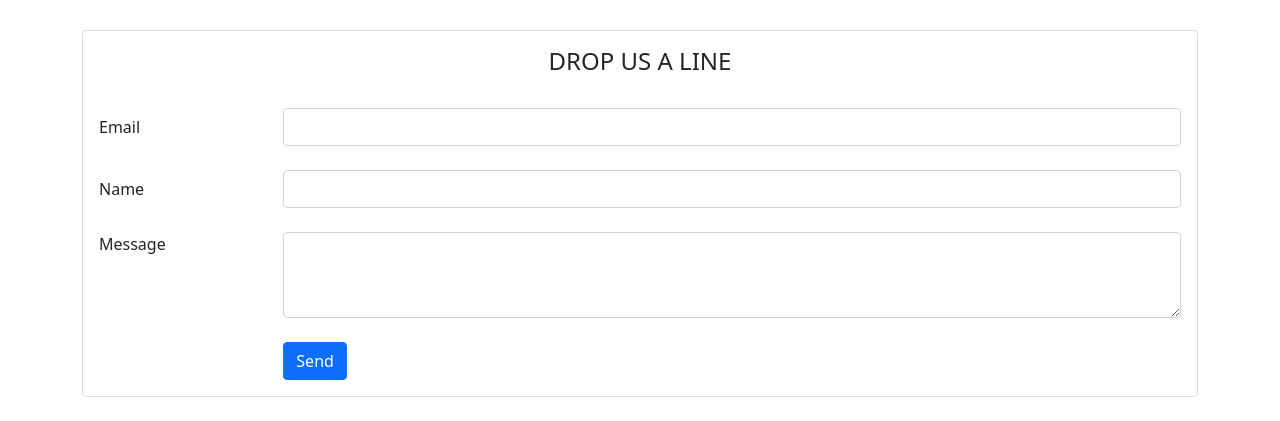
Repository: dhavalmaniyar/divakar
Page: divakar_app/templates/contact.html
The author's editor kept a copy of each file at every save. The page is drawn from the files as they stood at one save, then again after the next save.
The browser window is 1280 px wide. The pictures show the part of the page from y = 396 to 879 px (the page is 817 px tall before and 879 px after).
The template is drawn by Django 3.2. The application's start-up code is not run. Other server files are loaded and not shown. The template is opened directly, without the code that normally fills it, so the values that code supplies are empty.

Above is the page before, as saved 2021-12-08 15:08:12.

### divakar_app/templates/contact.html
{% extends "base.html" %}
{% load static %}
{% block body %}
<style>
    .icon-size {
        width: 20px;
    }
</style>
<br><br><br><br>
<div class="container">
    <div class="row">
        <div class="col-md-6">
            <h2 class="text-center">Indore Office</h2>
            <div class="row">
                <div class="col-md-3 text-end" >
                    <img src="{%static '/images/email.png'%}" class="icon-size" alt="">
                </div>
                <div class="col">
                    <p> info@veloxtech.in</p>
                </div>
            </div>
            <div class="row">
                <div class="col-md-3 text-end" >
                    <img src="{%static '/images/address.png'%}" class="icon-size" alt="">
                </div>
                <div class="col">
                    <p>  449, Prajapat Nagar Rd, Sector C, Sudama Nagar, Indore, Madhya Pradesh 452009</p>
                </div>
            </div>
            <div class="row">
                <div class="col-md-3 text-end" >
                    <img src="{%static '/images/phone-call.png'%}" class="icon-size" alt="">
                </div>
                <div class="col">
                    <p> +91-9754051135</p>
                </div>
            </div>
        </div>
        <div class="col">
            <div class="container">
                <iframe src="https://www.google.com/maps/embed?pb=!1m18!1m12!1m3!1d3680.917666884481!2d75.81761901475494!3d22.694108685120415!2m3!1f0!2f0!3f0!3m2!1i1024!2i768!4f13.1!3m3!1m2!1s0x3962fd24d15e6d07%3A0xaeced29740f61ec2!2sAmar%20coolers!5e0!3m2!1sen!2sin!4v1638954136988!5m2!1sen!2sin" width="100%" height="300" style="border:0;" allowfullscreen="" loading="lazy"></iframe>

            </div>
        </div>
    </div>
    <br>

    <div class="card">
        <div class="card-body">
            <h4 class="text-center">DROP US A LINE</h4><br>
            <form action="/submit" method="post">
                {% csrf_token %}
                <div class="form-group row ">
                    <label for="inputEmail3" class="col-md-2 col-form-label">Email</label>
                    <div class="col-md-10">
                        <input type="email" class="form-control" name="email" id="inputEmail3">
                    </div>
                </div><br>
                <div class="form-group row text-left">
                    <label for="inputName" class="col-md-2 col-form-label" >Name</label>
                    <div class="col-md-10">
                        <input type="text" class="form-control" name="name" id="inputName" required>
                    </div>
                </div><br>

                <div class="form-group row text-left">
                    <div class="col-md-2">Message</div>
                    <div class="col-md-10">
                        <textarea class="form-control" id="exampleFormControlTextarea1" name="comment"
                            rows="3"></textarea>
                    </div>
                </div><br>
                <div class="form-group row text-left">
                    <div class="col-md-2"></div>
                    <div class="col-md-10">
                        <button type="submit" class="btn btn-primary">Send</button>
                    </div>
                </div>
            </form>
        </div>
    </div><br>
</div>

{% endblock body %}

### divakar_app/templates/base.html
{% load static %}
<!DOCTYPE html>
<html lang="en">

<head>
    <meta charset="UTF-8">
    <meta http-equiv="X-UA-Compatible" content="IE=edge">
    <meta name="viewport" content="width=device-width, initial-scale=1.0">
    <link rel="stylesheet" href="{%static '/css/bootstrap.css'%}">
    <script src="{%static '/js/bootstrap.js'%}"></script>
    <script src="https://ajax.googleapis.com/ajax/libs/jquery/3.5.1/jquery.min.js"></script>
    <title>Amar Coolers</title>
</head>
<style>
 .navbar{
     position: absolute;
     right: 0;
     left: 0;
     top: 0;
     z-index: 100;
      }
      .content{
          font-size: large;
      }
</style>

<body>
    <nav class="navbar navbar-expand-lg navbar-dark bg-dark">
        <div class="container-fluid">
            <a class="navbar-brand" href="#">
                <img src="{%static '/images/logo.webp'%}" alt="" width="100%" height="44"
                    class="d-inline-block align-text-top">
            </a>
            <button class="navbar-toggler" type="button" data-bs-toggle="collapse" data-bs-target="#navbarNavAltMarkup"
                aria-controls="navbarNavAltMarkup" aria-expanded="false" aria-label="Toggle navigation">
                <span class="navbar-toggler-icon"></span>
            </button>
            <div class="collapse navbar-collapse justify-content-end" id="navbarNavAltMarkup">
                <div class="navbar-nav">
                    <a class="nav-link active" href="#">Home</a>
                    <a class="nav-link active" href="#">About US</a>
                    <a class="nav-link active" href="#">Accessories</a>
                    <a class="nav-link active" href="#">Products</a>
                    <a class="nav-link active" href="#">Evoparative Cooling</a>
                    <a class="nav-link active" href="#">Gallery</a>
                    <a class="nav-link active" href="{%url 'contact'%}">Contact Us</a>
                </div>
            </div>
        </div>
    </nav>
    {% block body %}

    {% endblock body %}
</body>

</html>

Loaded but not shown: divakar_app/static/css/bootstrap.css (library); divakar_app/static/js/bootstrap.js (library)

After the next save:
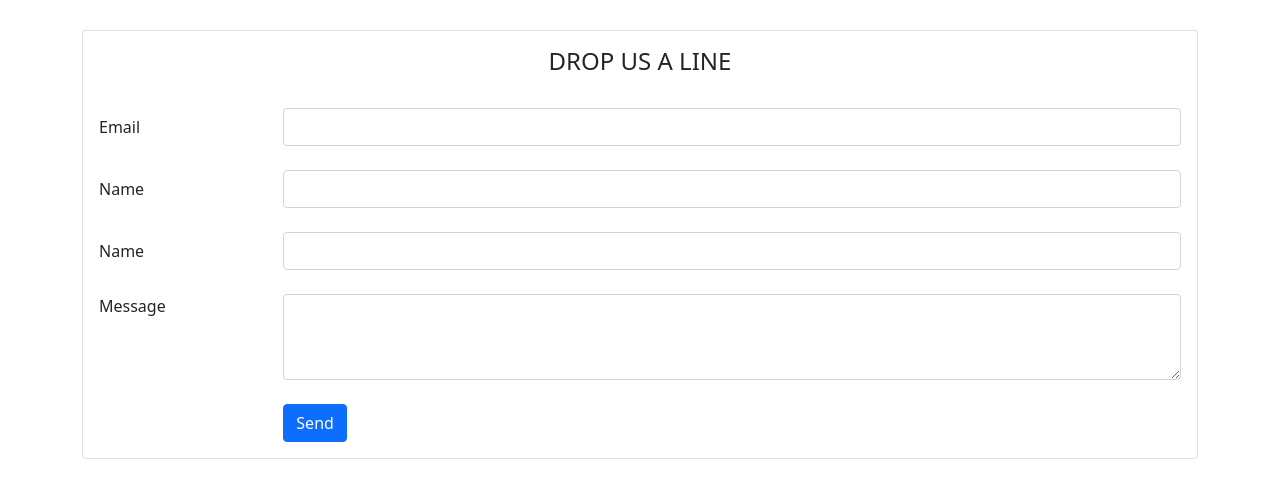
Saved 37 s later.
--- a/divakar_app/templates/contact.html
+++ b/divakar_app/templates/contact.html
@@ -62,6 +62,12 @@
                         <input type="text" class="form-control" name="name" id="inputName" required>
                     </div>
                 </div><br>
+                <div class="form-group row text-left">
+                    <label for="inputName" class="col-md-2 col-form-label" >Name</label>
+                    <div class="col-md-10">
+                        <input type="number" class="form-control" name="name" id="inputName" required>
+                    </div>
+                </div><br>
 
                 <div class="form-group row text-left">
                     <div class="col-md-2">Message</div>
